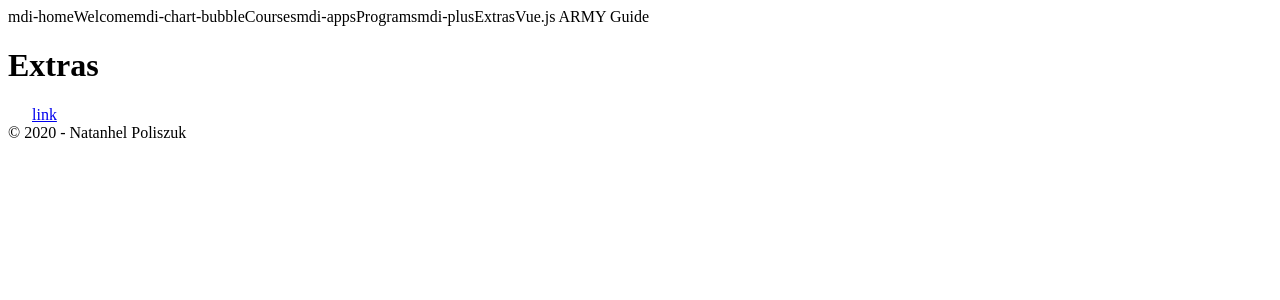
Repository: Natanhel/zvguide
Page: /Extras
These files come from the project's save history. The page is drawn as it stood at one moment and after the next save; the edit follows.
The browser window is 1280 px wide. The pictures show the whole page.
The project was rebuilt for these pictures with package versions that can differ from the ones it lists, and the page was loaded fresh each time. The framework's server and built-in components were replaced by stand-ins that run in the browser. Also part of the build but not shown: layouts/error.vue.

Above is the page before, as saved 2020-03-21 11:58:34.

### layouts/default.vue
<template>
  <v-app dark>
    <v-navigation-drawer
      v-model="drawer"
      :mini-variant="miniVariant"
      :clipped="clipped"
      fixed
      app
    >
      <v-list>
        <v-list-item
          v-for="(item, i) in items"
          :key="i"
          :to="item.to"
          router
          exact
        >
          <v-list-item-action>
            <v-icon>{{ item.icon }}</v-icon>
          </v-list-item-action>
          <v-list-item-content>
            <v-list-item-title v-text="item.title" />
          </v-list-item-content>
        </v-list-item>
      </v-list>
    </v-navigation-drawer>
    <v-app-bar
      :clipped-left="clipped"
      fixed
      app
    >
      <v-app-bar-nav-icon @click.stop="drawer = !drawer" />
      <!-- <v-btn
        icon
        @click.stop="miniVariant = !miniVariant"
      >
        <v-icon>mdi-{{ `chevron-${miniVariant ? 'right' : 'left'}` }}</v-icon>
      </v-btn>
      <v-btn
        icon
        @click.stop="clipped = !clipped"
      >
        <v-icon>mdi-application</v-icon>
      </v-btn>
      <v-btn
        icon
        @click.stop="fixed = !fixed"
      >
        <v-icon>mdi-minus</v-icon>
      </v-btn> -->
      <v-toolbar-title v-text="title" />
      <v-spacer />
      <!-- <v-btn
        icon
        @click.stop="rightDrawer = !rightDrawer"
      >
        <v-icon>mdi-menu</v-icon>
      </v-btn> -->
    </v-app-bar>
    <v-content>
      <v-container>
        <nuxt />
      </v-container>
    </v-content>
    <!-- <v-navigation-drawer
      v-model="rightDrawer"
      :right="right"
      temporary
      fixed
    >
      <v-list>
        <v-list-item @click.native="right = !right">
          <v-list-item-action>
            <v-icon light>
              mdi-repeat
            </v-icon>
          </v-list-item-action>
          <v-list-item-title>Switch drawer (click me)</v-list-item-title>
        </v-list-item>
      </v-list>
    </v-navigation-drawer> -->
    <v-footer
      :fixed="fixed"
      app
    >
      <span>&copy; {{ new Date().getFullYear() }} - Natanhel Poliszuk</span>
    </v-footer>
  </v-app>
</template>

<script>
export default {
  name: 'Default',
  data () {
    return {
      clipped: false,
      drawer: false,
      fixed: false,
      items: [
        {
          icon: 'mdi-home',
          title: 'Welcome',
          to: '/'
        },
        {
          icon: 'mdi-chart-bubble',
          title: 'Courses',
          to: '/courses'
        },
        {
          icon: 'mdi-apps',
          title: 'Programs',
          to: '/programs'
        },
        {
          icon: 'mdi-plus',
          title: 'Extras',
          to: '/extras'
        }
      ],
      miniVariant: false,
      right: false,
      rightDrawer: false,
      title: 'Vue.js ARMY Guide'
    }
  }
}
</script>

### pages/Extras.vue
<template>
  <div>
    <h1>Extras</h1>
    <v-card class="linkCard">
      <a v-for="link in links" :key="link" :href="link">link</a>
    </v-card>
  </div>
</template>

<script>
export default {
  data () {
    return {
      links: [
        {
          ref: 'https://www.vuemastery.com/pdf/Vue-Essentials-Cheat-Sheet.pdf',
          title: 'Vue Essentials - Cheat Sheet'
        }
      ]
    }
  }
}
</script>

<style>
.linkCard{
    padding: 1em;
    margin: 0.5em;
}
</style>

After the next save:
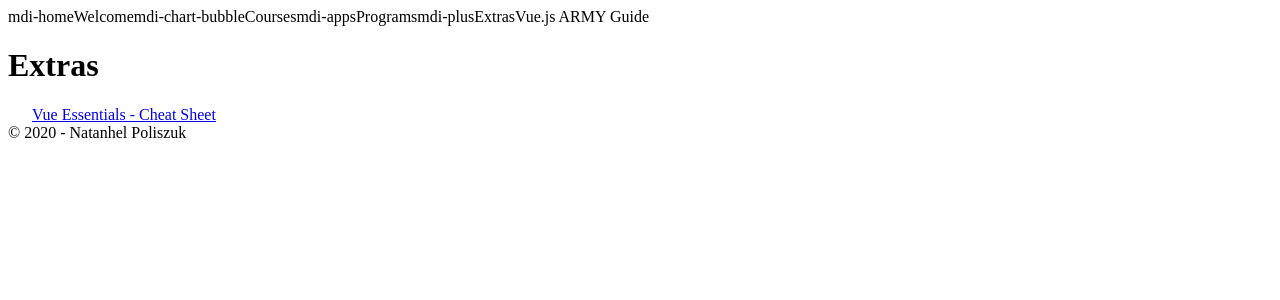
Saved 36 s later.
--- a/pages/Extras.vue
+++ b/pages/Extras.vue
@@ -2,7 +2,9 @@
   <div>
     <h1>Extras</h1>
     <v-card class="linkCard">
-      <a v-for="link in links" :key="link" :href="link">link</a>
+      <a v-for="(link,index) in links" :key="index" :href="link.ref">
+          {{ link.title }}
+        </a>
     </v-card>
   </div>
 </template>
